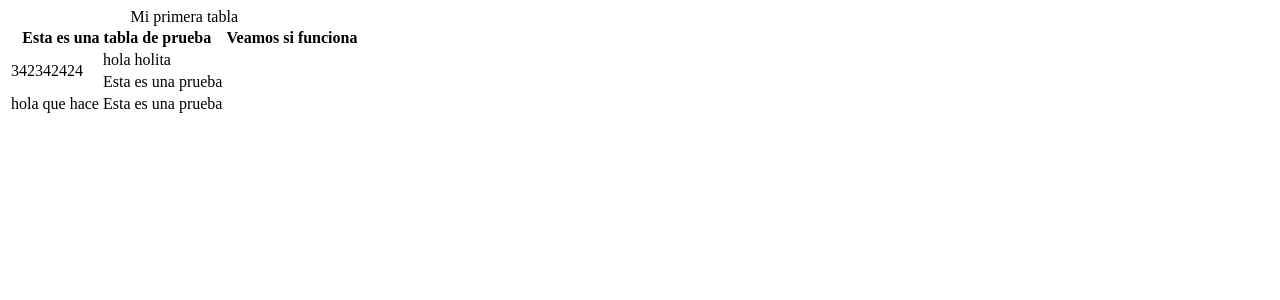
Repository: cesarsant0203/My_Study
Page: Introducción al desarrollo web/tablas.html
The author's editor kept a copy of each file at every save. The page is drawn from the files as they stood at one save, then again after a run of saves.
The browser window is 1280 px wide. The pictures show the whole page.

Above is the page before, as saved 2020-04-27 19:52:29.

### Introducción al desarrollo web/tablas.html
<!DOCTYPE html>
<html>

<head>
    <meta charset="utf-8" />
    <title>
        Prueba de tabla
    </title>
</head>

<body>

    <table>
        <caption>Mi primera tabla</caption>
        <thead>
            <tr>
                <th colspan="2">Esta es una tabla de prueba</th>
                <th>Veamos si funciona</th>
            </tr>
        </thead>
        <tbody>
            <tr>
                <td rowspan="2">342342424</td>
                <td>hola holita</td>
            </tr>
            <tr>
                <!-- <td>hola que hace</td> -->
                <td>Esta es una prueba</td>
            </tr>
            <tr>
                <td> hola que hace</td>
                <td>Esta es una prueba</td>
            </tr>
        </tbody>
    </table>
</body>

</html>

After the next 2 saves:
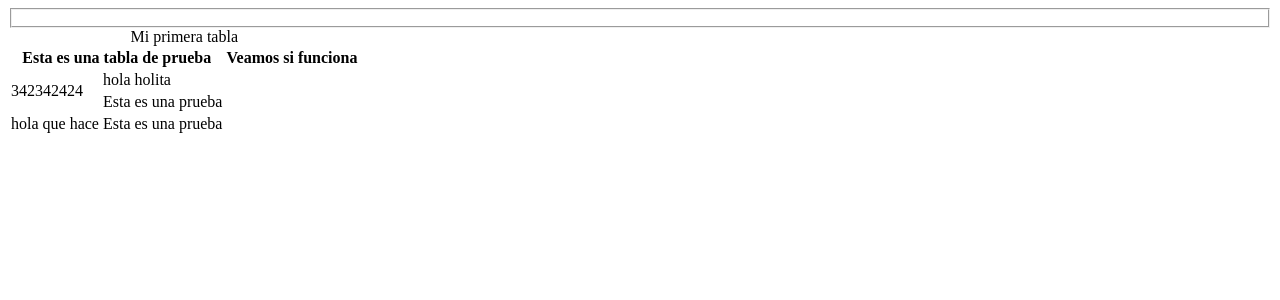
The 2 saves are shown as one change because they came seconds apart.
The last was saved 9 s later.
--- a/Introducción al desarrollo web/tablas.html
+++ b/Introducción al desarrollo web/tablas.html
@@ -9,7 +9,7 @@
 </head>
 
 <body>
-
+    <fieldset></fieldset>
     <table>
         <caption>Mi primera tabla</caption>
         <thead>
